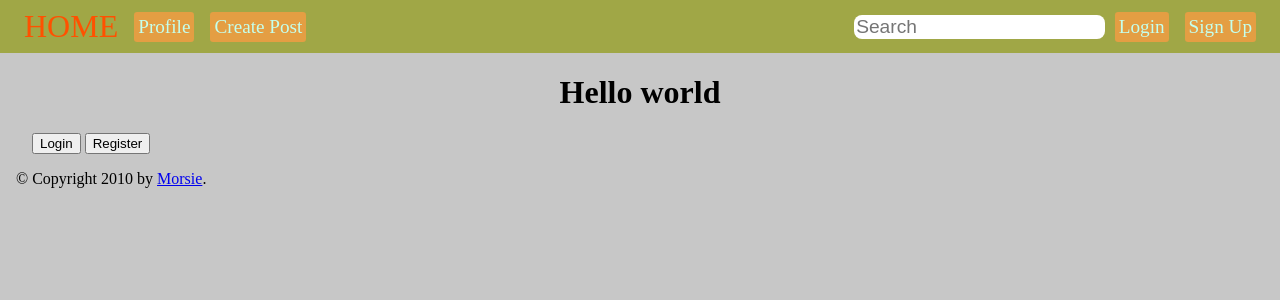
Repository: MorsChen/python-blog
Page: templates/home.html
The author's editor kept a copy of each file at every save. The page is drawn from the files as they stood at one save, then again after the next save.
The browser window is 1280 px wide. The pictures show the whole page.
The page is served by the project's application, run on Flask 3 (default.py). The template is opened directly, without the code that normally fills it, so the values that code supplies are empty.

Above is the page before, as saved 2019-09-09 17:10:41.

### templates/home.html
{% extends 'index.html' %}

{% block content %}
<h1 style="text-align:center"> Hello world </h1>

{% if not current_user.is_authenticated %}
{% for post in posts %}
<li> {{post.title}} || {{post.body}} || {{post.users.username}} || {{post.created}} || {{post.updated}}
</li>

{%endfor%}
<button type="button" onclick="window.location.href=`{{url_for('login')}}`"> Login</button>
<button type="button" onclick="window.location.href=`{{url_for('register')}}`"> Register</button>
{% else %}
<h3>{{current_user.username}}</h3>
{% for post in posts %}
<li> <a href="{{url_for('single_post', id = post.id)}}">{{post.title}}</a> || {{post.body}} || {{post.users.username}} || {{post.created}} || {{post.updated}}
    <button type='button' onclick = "window.location.href=`{{url_for('editpost', id = post.id)}}`">Edit Post</button>
    <button type='button' onclick = "window.location.href=`{{url_for('new_comment', id = post.id)}}`">Comment</button>
</li>
{%endfor%}
<button type="button" onclick="window.location.href=`{{url_for('newpost')}}`"> Create New Post</button>
<button type="button" onclick="window.location.href=`{{url_for('profile')}}`"> Profile</button>
<button type="button" onclick="window.location.href=`{{url_for('logout')}}`"> Log Out</button>
{% endif %}
{% endblock %}

### templates/index.html
<!doctype html>
<html id="  ">
  <head>
    {% block head %}
    <link rel="stylesheet" href="{{ url_for('static', filename='style.css') }}">
    <title>{% block title %}{% endblock %} - My Blog Webpage</title>
    {% endblock %}
  </head>
  <body>
      <nav class="NavBar">
        <div class="nav-box-content">
            <div class="nav-box1">
                <a class="a-nav" href="{{url_for('main')}}">HOME</a>
                <a class="btn" href="{{url_for('profile')}}">Profile</a>
                <a class="btn" href="{{url_for('newpost')}}">Create Post</a>
            </div>
            <div class="nav-box2">
                <input class="ip-nav" placeholder="Search" >
                <a class="btn" href="{{url_for('login')}}">Login</a>
                <a class="btn" href="{{url_for('register')}}">Sign Up</a>

            </div>
        </div>
      </nav>

      <div id="content">
          {% with messages = get_flashed_messages(with_categories=true) %}
          <!-- Categories: success (green), info (blue), warning (yellow), danger (red) -->
          {% if messages %}
            {% for category, message in messages %}
              <div class="alert alert-{{ category }} alert-dismissible" role="alert">
              <button type="button" class="close" data-dismiss="alert" aria-label="Close"><span aria-hidden="true">&times;</span></button>
              <!-- <strong>Title</strong> --> {{ message }}
              </div>
            {% endfor %}
          {% endif %}
        {% endwith %}

    <div id="content">{% block content %}{% endblock %}</div>
    <div id="footer">
      {% block footer %}
      &copy; Copyright 2010 by <a href="http://domain.invalid/">Morsie</a>.
      {% endblock %}
    </div>
  </body>
</html>

### default.py
import os
from flask import Flask, request, render_template, redirect, url_for, flash
from flask_migrate import Migrate
from flask_sqlalchemy import SQLAlchemy
from werkzeug.security import generate_password_hash, check_password_hash
from datetime import datetime
from flask_wtf import FlaskForm
from wtforms import StringField, SubmitField, PasswordField
from wtforms.validators import DataRequired, Email, EqualTo, ValidationError, Length
from flask_login import LoginManager, UserMixin, login_user, logout_user, current_user, login_required

#setting
app = Flask(__name__)
db = SQLAlchemy(app)
app.config['SECRET_KEY']="SUPERSECRET"

migrate = Migrate(app,db)

login_manager = LoginManager(app)
login_manager.init_app(app)
login_manager.login_view = 'login'


#setting connection
POSTGRES = {
    'user': "khoa",
    'pw': "zzz",
    'db': 'bloghehe',
    'host': "localhost",
    'port': 5432,
}
app.config['SQLALCHEMY_DATABASE_URI'] = 'postgresql://%(user)s:%(pw)s@%(host)s:\
%(port)s/%(db)s' % POSTGRES







#define models

class Users(UserMixin, db.Model):
  id = db.Column(db.Integer, primary_key=True)
  username = db.Column(db.String, nullable=False, unique=True)
  email = db.Column(db.String, nullable=False, unique=True)
  password = db.Column(db.String, nullable=False)
  posts = db.relationship("Posts", backref="users", lazy="dynamic")
  comments = db.relationship("Comments", backref="users", lazy="dynamic")

  def set_pass(self,passw):
    self.password =  generate_password_hash(passw)
  def check_pass(self,passw):
    return check_password_hash(self.password,passw)

class Posts(db.Model):
  id = db.Column(db.Integer, primary_key=True)
  title = db.Column(db.String, nullable=False)
  body = db.Column(db.String, nullable=False)
  created = db.Column(db.DateTime, nullable=False)
  updated = db.Column(db.DateTime)
  author =  db.Column(db.Integer, db.ForeignKey('users.id'), nullable=False)
  comments = db.relationship('Comments', backref="posts", lazy="dynamic")

class Comments(db.Model):
  id = db.Column(db.Integer, primary_key=True)
  body = db.Column(db.String, nullable=False)
  created = db.Column(db.DateTime, nullable=False)
  updated = db.Column(db.DateTime)
  author =  db.Column(db.Integer, db.ForeignKey('users.id'), nullable=False)
  post = db.Column(db.Integer, db.ForeignKey('posts.id'), nullable=False)

db.create_all()


@login_manager.user_loader
def load_user(user_id):
    return Users.query.get(user_id)



#define forms
class Register(FlaskForm):
  username = StringField("User Name", validators=[DataRequired("Please input your username"), Length(min=3, max=20, message="username must have at least 3 char and max 20 chars")])
  email = StringField("Email address", validators=[DataRequired(), Email("Please input an appropriate email address")])
  password = StringField("Password", validators=[DataRequired(), EqualTo("confirm")])
  confirm = StringField("Password", validators=[DataRequired()])
  submit = SubmitField("Register")

  def validate_username(self, field):
        if Users.query.filter_by(username=field.data).first() :
            raise ValidationError("Your username has been registered!!")
  def validate_email(self, field):
        if Users.query.filter_by(email=field.data).first() :
            raise ValidationError("Your email has been registered!!")


class Login(FlaskForm):
  email = StringField("Email address", validators=[DataRequired(), Email("Please input an appropriate email address")])
  password = PasswordField("Password", validators=[DataRequired()])
  submit = SubmitField("Login")

class NewPost(FlaskForm):
  title = StringField("Blog Title", validators=[DataRequired(), Length(min=3,max=255, message="min 3, max 255")])
  body = StringField("Content", validators=[DataRequired(), Length(min=3,max=10000, message="min 3, max 10000")])
  submit = SubmitField("Post")

class New_comment(FlaskForm):
  body = StringField("Comment content", validators=[DataRequired(), Length(min=3, max=1000, message="min 3, max 1000")])
  submit = SubmitField("Comment")

@app.route('/register', methods=['post','get'])
def register():
  form = Register()

  if request.method=="POST":
    if form.validate_on_submit():
      new_user = Users(username = form.username.data,
                        email = form.email.data,
                        )
      new_user.set_pass(form.password.data)
      db.session.add(new_user)
      db.session.commit()
      return redirect(url_for("home"))
    else:
      for field_name, errors in form.errors.items():
          flash(errors)
      return redirect((url_for('register')))
  return render_template('register.html', form = form)

@app.route('/login', methods=['post','get'])
def login():
  form = Login()
  if request.method == 'POST':
    check = Users.query.filter_by(email=form.email.data).first()
    if check :
      if check.check_pass(form.password.data):
        login_user(check)
        return redirect(url_for("home"))
    else:
      flash(["email address not exist"])
      return redirect(url_for('register'))
  return render_template('login.html', form = form)

@app.route('/logout')
@login_required
def logout():
  logout_user()
  return redirect(url_for('login'))

@app.route('/')
def home():
  posts = Posts.query.all()
  return render_template('index.html', posts = posts)


@app.route('/newpost', methods=['post', 'get'])
@login_required
def newpost():
  form = NewPost()
  if request.method == 'POST':
    new_post = Posts(title=form.title.data,
                    body=form.body.data,
                    created = datetime.now())
    current_user.posts.append(new_post)
    db.session.add(new_post)
    db.session.commit()
    return "ok"
  return render_template('newpost.html', form=form)

@app.route('/editpost/<id>', methods=['post','get'])
@login_required
def edit_post(id):
  form = NewPost()
  post = Posts.query.filter_by(id=id, author = current_user.id).first()
  if not post:
    flash([["you are not allowed to edit this post"]])
    return redirect(url_for("home"))
  else:
    if request.method == 'POST':
      post.title = form.title.data
      post.body = form.body.data
      post.updated = datetime.now()
      db.session.commit()
      return "ok"
      # return redirect(url_for('post'))
  return render_template('editpost.html', form = form )

@app.route('/delete_post/<id>', methods=['get'])
@login_required
def delete_post(id):
  post = Posts.query.filter_by(id=id, author=current_user.id).first()
  if post:
    db.session.delete(post)
    db.session.commit()
  else:
    flash(['You are not allowed to delete this post'])
  return redirect(url_for('home'))

@app.route('/single_post/<id>', methods=['get'])
def single_post(id):
  post = Posts.query.filter_by(id=id).first()  # 1 item
  comments = post.comments.all()  # a list
  return render_template('single_post.html', post = post, comments = comments)


@app.route('/posts/<id>/comments', methods=['POST','GET'])
def new_comment(id):
  form = New_comment()
  if request.method == 'POST':
    if form.validate_on_submit():
      post = Posts.query.filter_by(id=id).first()
      c = Comments(body=form.body.data,
                    created = datetime.now(),
                    # author = current_user.id,
                    )
      current_user.comments.append(c) # autho
      post.comments.append(c)      # post
      db.session.add(c)
      db.session.commit()
      return redirect(url_for('single_post', id=id))
    else:
      for field_name, errors in form.errors.items():
          flash(errors)
      return redirect((url_for('new_comment')))
  return render_template('new_comment.html', form = form)



@app.route('/khoa', methods=['get','options',"DELETE"])
def khoa():
  if request.method == "DELETE":
    return "KHOA IS COOL"
  return "NOPE"


if __name__ == "__main__":
  app.run(debug=True, port=5001)

### static/style.css
body{
    background-color: rgb(199, 199, 199);
    margin: 0;
}

.NavBar {
 background-color: rgb(255, 208, 0);
}

.nav-box-content{
    display: flex;
    position: sticky;
    /* margin: 0.5rem; */
    justify-content: space-between;
    top: 0;
    padding: 0 1rem 0 1rem;
    text-align: center;
    align-items: center;
    align-content: center;
    background-color: rgba(70, 128, 136, 0.514);
    /* opacity: 0.5; */
    font-size: 3rem;
}

.nav-box1 {
    display: flex;
    text-align: center;
    align-items: center;
    align-content: center;
}

.nav-box2 {
    display: flex;
    text-align: center;
    align-items: center;
    align-content: center;
}

.a-nav {
    text-decoration: none;
    font-size: 2rem;
    color: rgb(255, 81, 0);
    margin: 0.5rem;
}

.ip-nav{
    border: none;
    font-size: 1.2rem;
    border-radius: 0.5rem;
    text-justify: center;
    margin: 0.1rem;
    padding:0,1rem;
    text-align: left;
}

.btn {
    border: none;
    text-decoration: none;
    border-radius: 0.2rem;
    background-color: rgb(228, 158, 67);
    text-align: center;
    text-justify: center;
    padding: 0.25rem;
    margin: 0.5rem;
    color: rgb(196, 255, 237);
    font-size: 1.2rem;
}

#content {
    margin: 1rem;
}

After the next save:
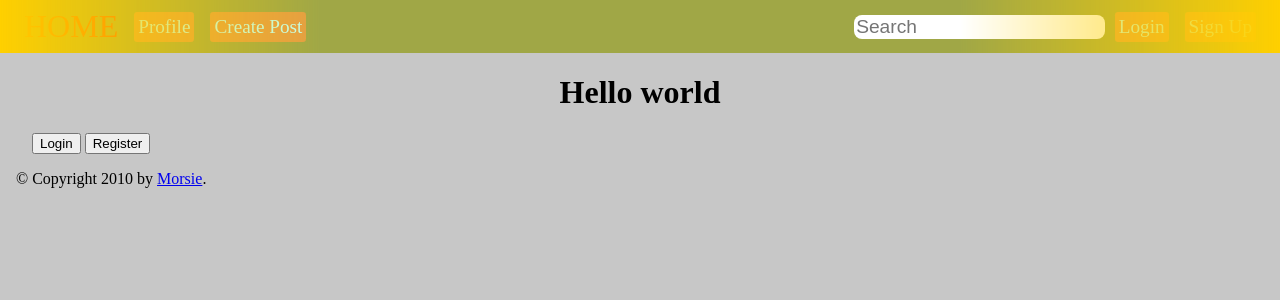
Saved 7 min 34 s later.
--- a/static/style.css
+++ b/static/style.css
@@ -8,6 +8,7 @@ body{
 }
 
 .nav-box-content{
+    mask-image: linear-gradient(90deg, rgba(255, 255, 255, 0) 0%, #ffffff 25%, #ffffff 75%, rgba(255, 255, 255, 0) 100%);
     display: flex;
     position: sticky;
     /* margin: 0.5rem; */
